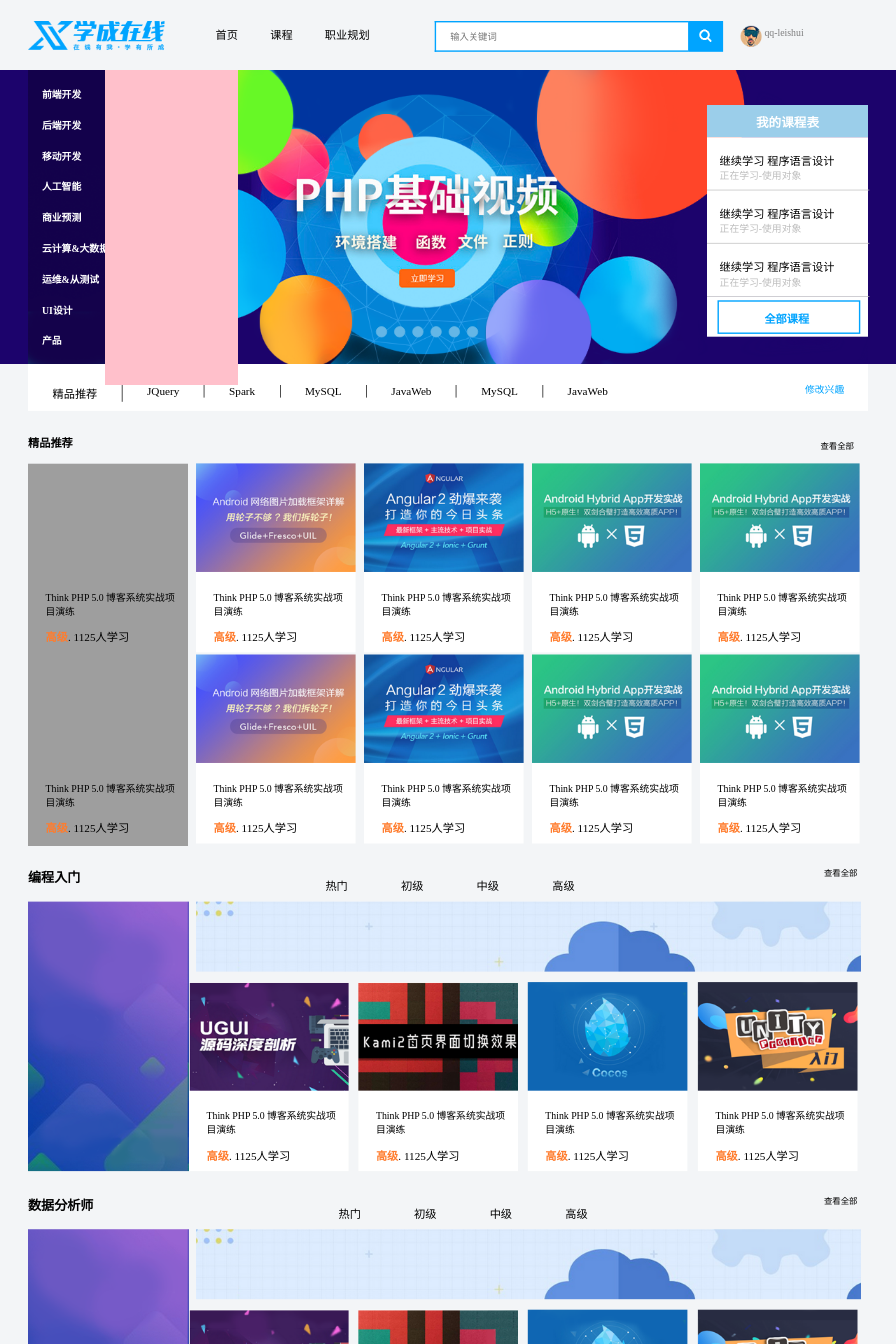
Repository: try-18/web-page-1
Page: index.html
These files come from the project's save history. The page is drawn as it stood at one moment and after the next save; the edit follows.
The browser window is 1280 px wide. The pictures show the part of the page from y = 0 to 1920 px (the page is 3340 px tall), at 70% of full size.
Pictures or frames that could not be fetched are drawn as grey boxes.

Above is the page before, as saved 2021-11-02 11:49:38.

After the next save:
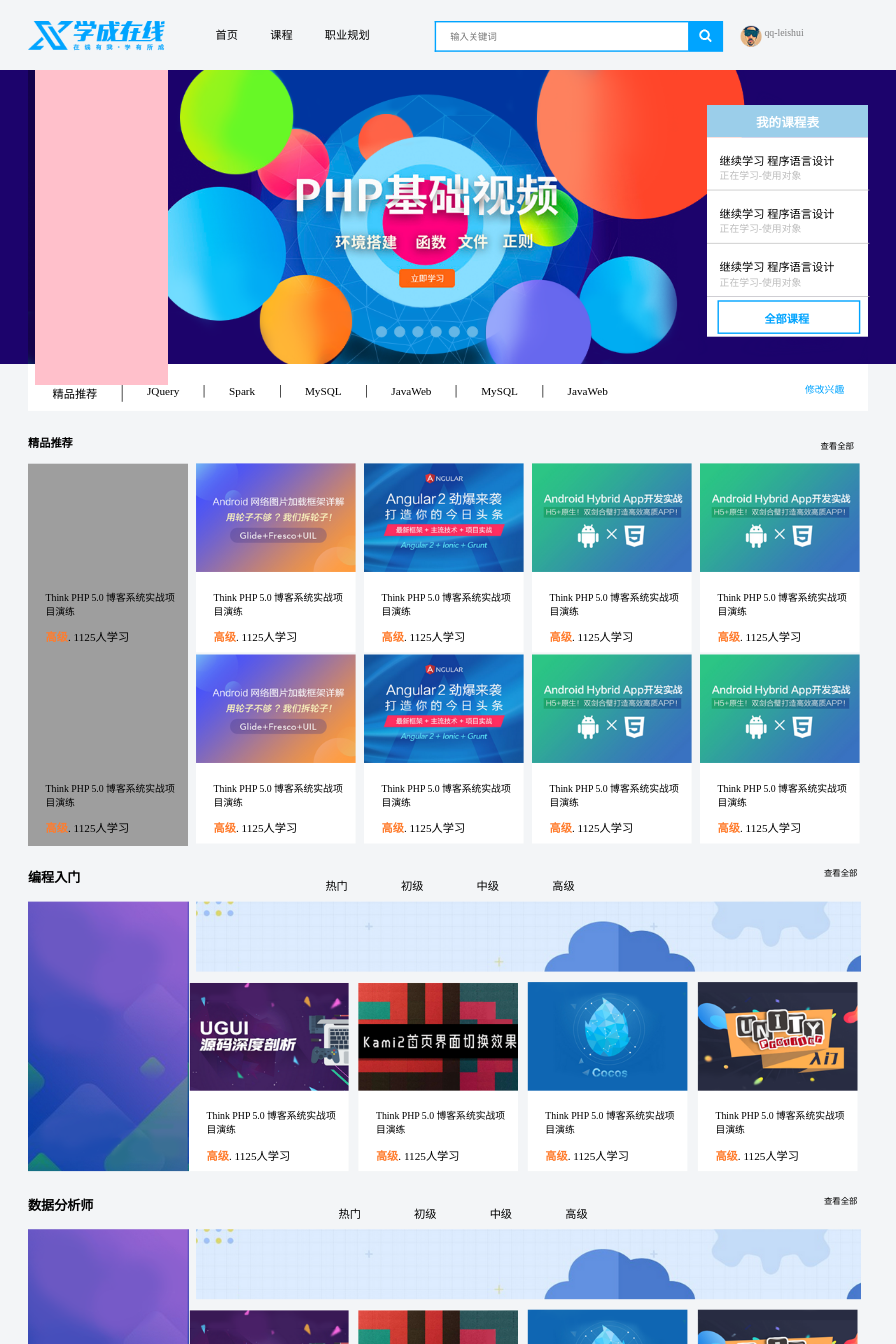
Saved 16 s later.
--- a/index.css
+++ b/index.css
@@ -607,6 +607,6 @@
     height: 450px;
     position: fixed;
     top: 100px;
-    left: 150px;
+    left: 50px;
     background-color: pink;
 }
